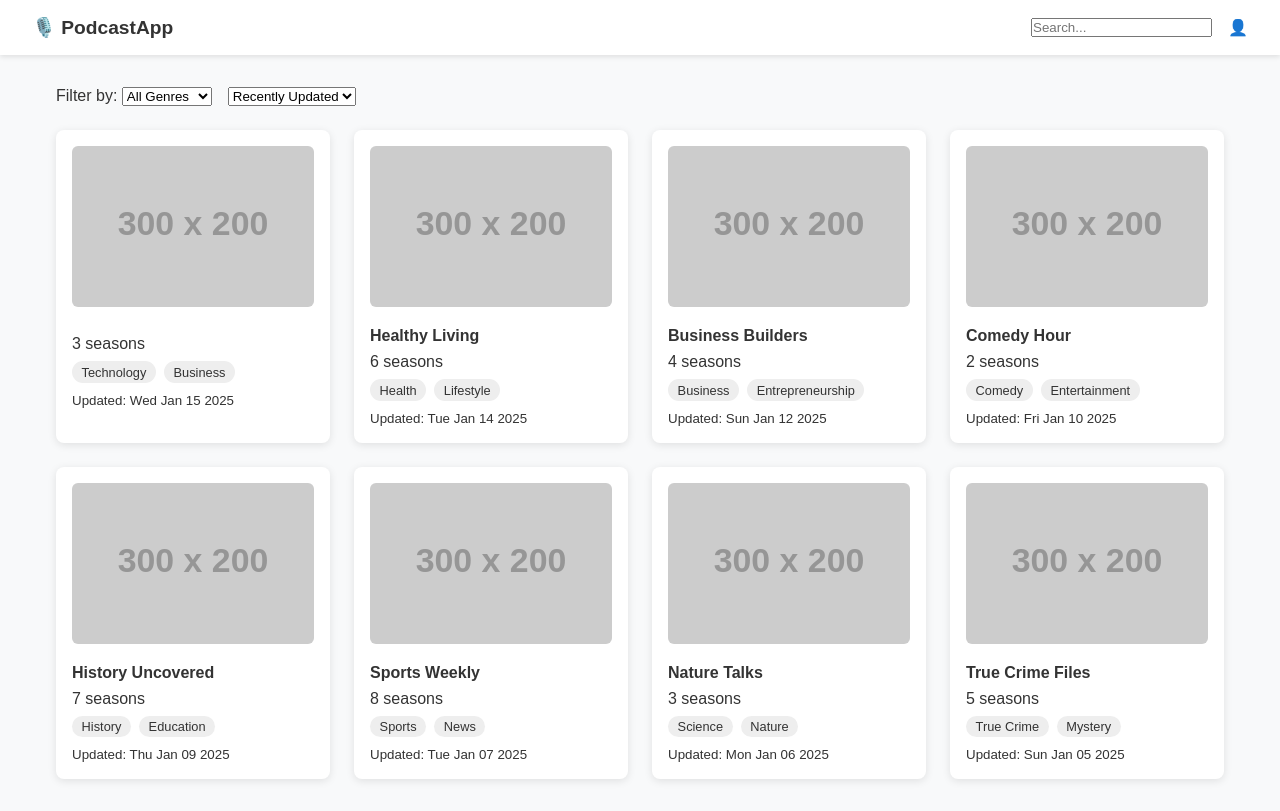
Repository: andajonas/ANDJON25111_fto2505_A_Anda-Jonas_DJS01
Page: index.html
These files come from the project's save history. The page is drawn as it stood at one moment and after the next save; the edit follows.
The browser window is 1280 px wide. The pictures show the whole page.

Above is the page before, as saved 2025-09-03 18:09:20.

After the next save:
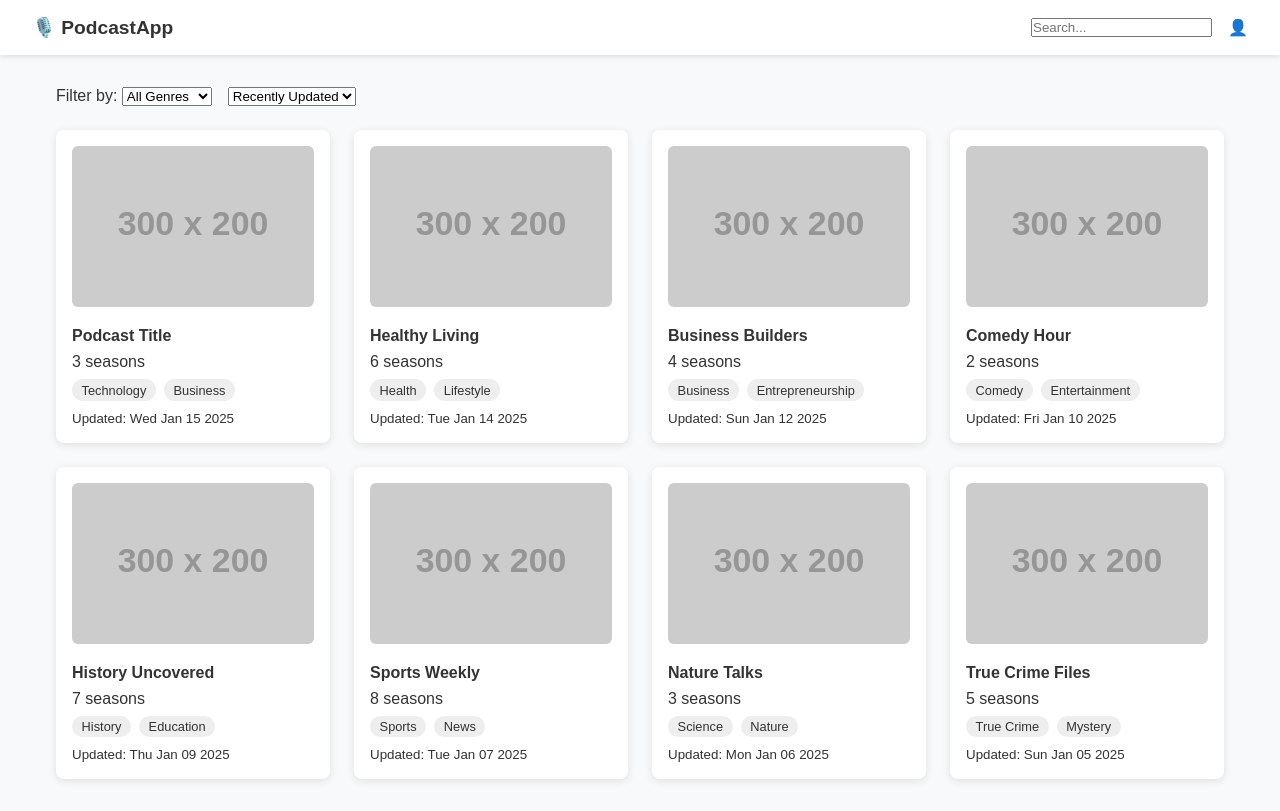
Saved 4 s later.
--- a/app.js
+++ b/app.js
@@ -1,6 +1,6 @@
 const podcasts = [
     {
-      title: "",
+      title: "Podcast Title",
       seasons: 3,
       genres: ["Technology", "Business"],
       updated: "2025-01-15",
